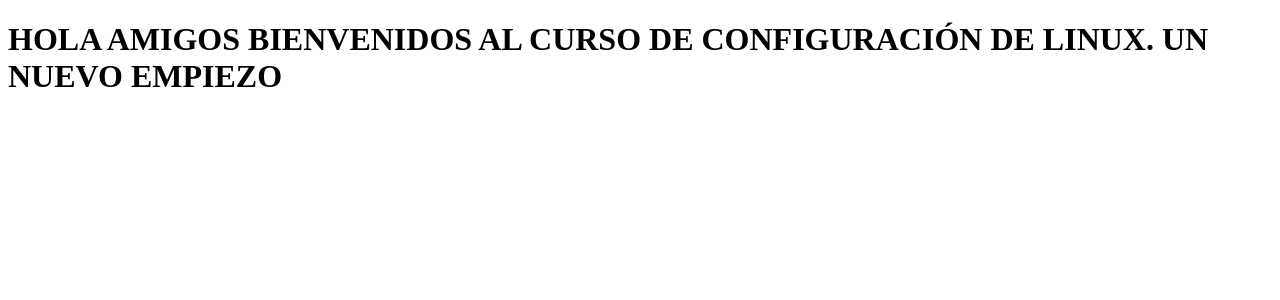
Repository: by-joel/myweb
Page: nuevo.html
These files come from the project's save history. The page is drawn as it stood at one moment and after the next save; the edit follows.
The browser window is 1280 px wide. The pictures show the whole page.

Above is the page before, as saved 2023-09-26 01:29:48.

### nuevo.html
<!DOCTYPE html>
<html>
    <head>
        <title>MI SEGUNDA WEB</title>
    </head>
    <body>
        <div>
            <H1>
                HOLA AMIGOS BIENVENIDOS AL CURSO DE CONFIGURACIÓN DE LINUX. UN NUEVO EMPIEZO
            </H1>
        </div>
    </body>
</html>

After the next save:
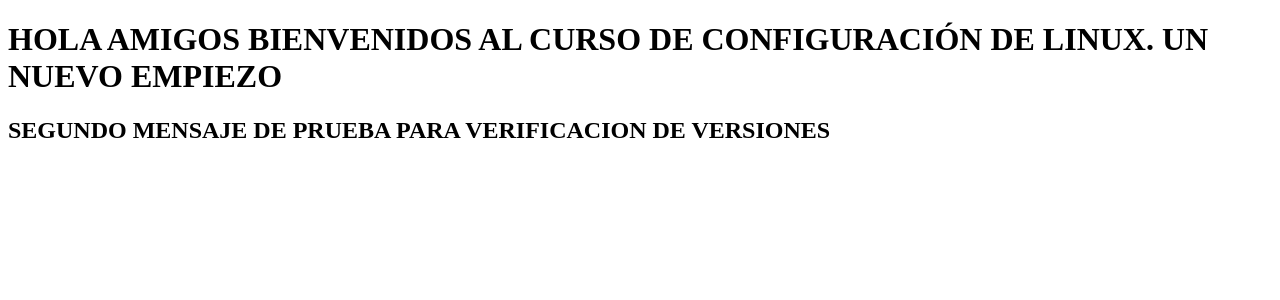
Saved 87 min 23 s later.
--- a/nuevo.html
+++ b/nuevo.html
@@ -8,6 +8,9 @@
             <H1>
                 HOLA AMIGOS BIENVENIDOS AL CURSO DE CONFIGURACIÓN DE LINUX. UN NUEVO EMPIEZO
             </H1>
+            <H2>
+                SEGUNDO MENSAJE DE PRUEBA PARA VERIFICACION DE VERSIONES
+            </H2>
         </div>
     </body>
 </html>
